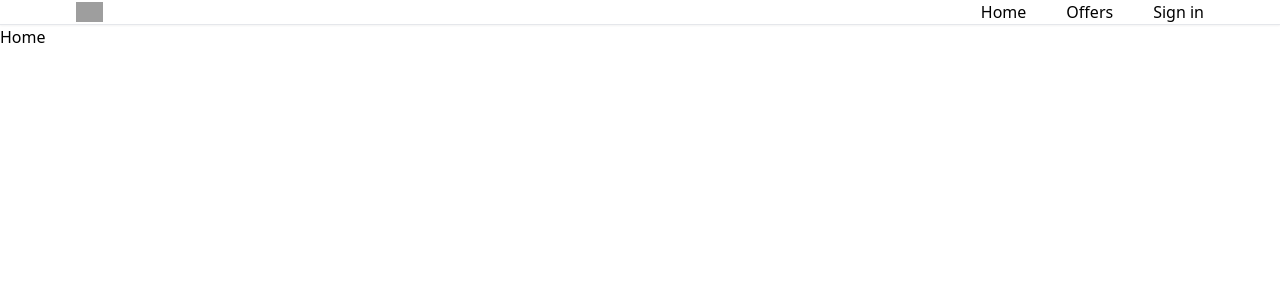
Repository: miraclesamson/realtor-clone
Page: /
These files come from the project's save history. The page is drawn as it stood at one moment and after the next save; the edit follows.
The browser window is 1280 px wide. The pictures show the whole page.
Pictures or frames that could not be fetched are drawn as grey boxes. The project was rebuilt for these pictures with package versions that can differ from the ones it lists, and the page was loaded fresh each time. Also part of the build but not shown: src/App.css, src/pages/Profile.jsx, src/pages/SignIn.jsx, src/pages/SignUp.jsx, src/pages/ForgotPassword.jsx, src/pages/Offers.jsx.

Above is the page before, as saved 2022-09-19 13:22:58.

### public/index.html
<!DOCTYPE html>
<html lang="en">

<head>
  <meta charset="utf-8" />
  <link rel="icon" href="%PUBLIC_URL%/favicon.ico" />
  <meta name="viewport" content="width=device-width, initial-scale=1" />
  <meta name="theme-color" content="#000000" />
  <meta name="description" content="Web site created using create-react-app" />
  <link rel="apple-touch-icon" href="%PUBLIC_URL%/logo192.png" />

  <link rel="manifest" href="%PUBLIC_URL%/manifest.json" />
  <title>Realtor </title>
</head>

<body>
  <noscript>You need to enable JavaScript to run this app.</noscript>
  <div id="root"></div>

</body>

</html>

### src/App.js
import React from "react";
import "./App.css";
import { BrowserRouter as Router, Routes, Route } from "react-router-dom";
import Home from "./pages/Home";
import Profile from "./pages/Profile";
import SignIn from "./pages/SignIn";
import SignUp from "./pages/SignUp";
import ForgotPassword from "./pages/ForgotPassword";
import Offers from "./pages/Offers";
import Header from "./components/Header";

function App() {
  return (
    <>
      <Router>
        <Header />
        <Routes>
          <Route path="/" element={<Home />} />
          <Route path="/profile" element={<Profile />} />
          <Route path="/sign-in" element={<SignIn />} />
          <Route path="/sign-up" element={<SignUp />} />
          <Route path="/forgot-password" element={<ForgotPassword />} />
          <Route path="/Offers" element={<Offers />} />
        </Routes>
      </Router>
    </>
  );
}

export default App;

### src/components/Header.jsx
import React from "react";
import { useLocation } from "react-router-dom";

export default function Header() {
  const location = useLocation();
  console.log(location.pathname);
  return (
    <div className="bg-white border-b shadow-sm sticky top-0 z-50">
      <header className="flex justify-between items-center px-3 max-w-6xl mx-auto">
        <div>
          <img
            src="https://static.rdc.moveaws.com/images/logos/rdc-logo-default.svg"
            alt="logo"
            className="h-5 cursor-pointer"
          />
        </div>
        <div>
          <ul className="flex space-x-10">
            <li>Home</li>
            <li>Offers</li>
            <li>Sign in</li>
          </ul>
        </div>
      </header>
    </div>
  );
}

Loaded but not shown: src/index.js (common file); src/index.css (common file); src/reportWebVitals.js (common file); src/pages/Home.jsx (common file); tailwind.config.js (common file)

After the next save:
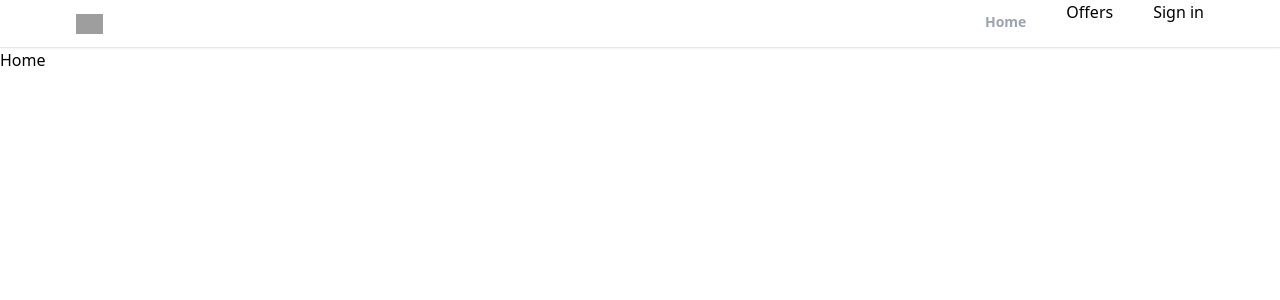
Saved 5 min 47 s later.
--- a/src/components/Header.jsx
+++ b/src/components/Header.jsx
@@ -4,6 +4,11 @@ import { useLocation } from "react-router-dom";
 export default function Header() {
   const location = useLocation();
   console.log(location.pathname);
+  function pathMathRoute(route) {
+    if (route === location.pathname) {
+      return true;
+    }
+  }
   return (
     <div className="bg-white border-b shadow-sm sticky top-0 z-50">
       <header className="flex justify-between items-center px-3 max-w-6xl mx-auto">
@@ -16,7 +21,11 @@ export default function Header() {
         </div>
         <div>
           <ul className="flex space-x-10">
-            <li>Home</li>
+            <li
+              className={`py-3 text-sm font-semibold text-gray-400 border-b-[3px] border-b-transparent $`}
+            >
+              Home
+            </li>
             <li>Offers</li>
             <li>Sign in</li>
           </ul>
